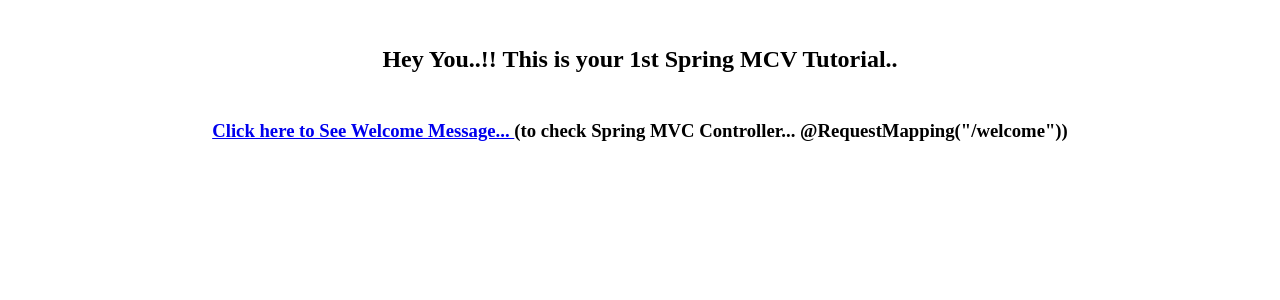
Repository: onlinechetan/WayOfBeing
Page: http://localhost/wayofbeing/
An editor plug-in stored every save of this project. The page is shown before and after the next save, followed by the edit.
The browser window is 1280 px wide. The pictures show the whole page.
The page is served by Tomcat 9.

Above is the page before, as saved 2015-11-02 20:40:19.

After the next save:
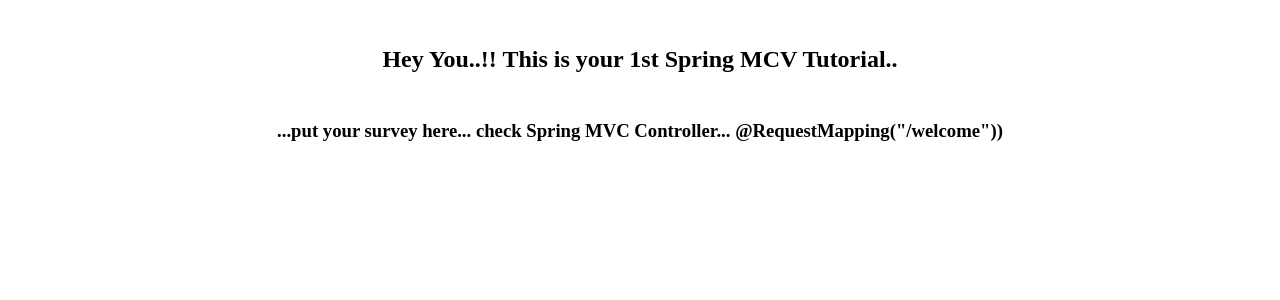
Saved 2 min 2 s later.
--- a/wayofbeing/WebContent/index.jsp
+++ b/wayofbeing/WebContent/index.jsp
@@ -12,7 +12,7 @@
 			Hey You..!! This is your 1st Spring MCV Tutorial..<br> <br>
 		</h2>
 		<h3>
-			<a href="welcome.html">Click here to See Welcome Message... </a>(to
+			...put your survey here...
 			check Spring MVC Controller... @RequestMapping("/welcome"))
 		</h3>
 	</div>
